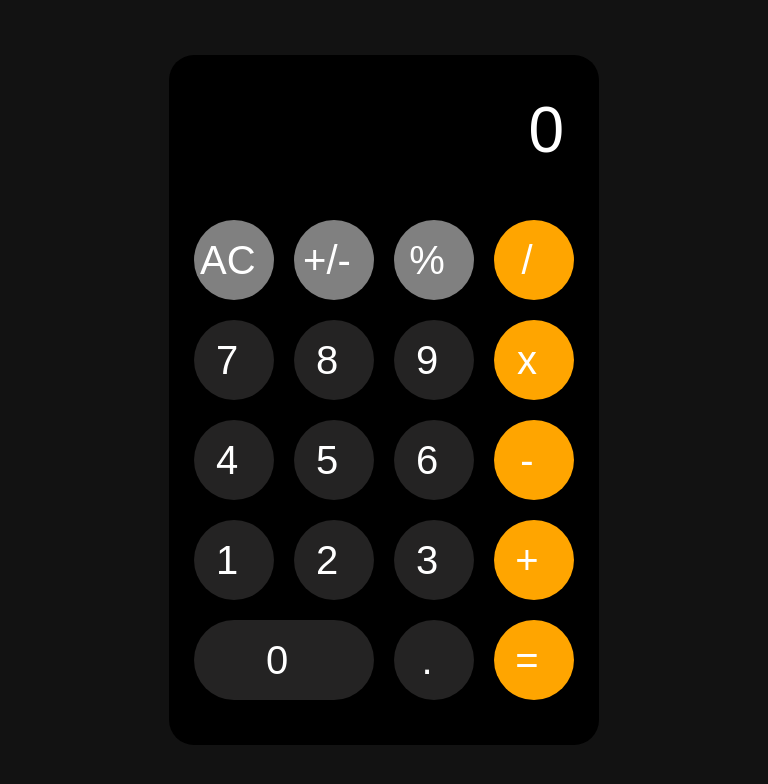
Repository: EguJaredoBoyd/IgHub
Page: mId-week-project/index.html
The author's editor kept a copy of each file at every save. The page is drawn from the files as they stood at one save, then again after the next save.
The browser window is 768 px wide. The pictures show the whole page.

Above is the page before, as saved 2025-03-01 21:55:32.

### mId-week-project/index.html
<!DOCTYPE html>
<html lang="en">
<head>
    <meta charset="UTF-8">
    <meta name="viewport" content="width=device-width, initial-scale=1.0">
    <title>Document</title>
    <link rel="stylesheet" href="./styles.css">
    <script src="./script-two.js" defer></script>
</head>
<body>

    <div id="calculator" >
        <input id="display" readonly>
        <div id="keys">
            <button onclick="clearDisplay()"class="signs">AC</button>
            <button onclick="appendToDisplay('+/-')" class="signs">+/-</button>
            <button onclick="appendToDisplay('%')" class="signs">%</button>
            <button onclick="appendToDisplay('/')" class="operator-btn">/</button>
            <button onclick="appendToDisplay('7')">7</button>
            <button onclick="appendToDisplay('8')">8</button>
            <button onclick="appendToDisplay('9')">9</button>
            <button onclick="appendToDisplay('*')"class="operator-btn">x</button>
            <button onclick="appendToDisplay('4')">4</button>
            <button onclick="appendToDisplay('5')">5</button>
            <button onclick="appendToDisplay('6')">6</button>
            <button onclick="appendToDisplay('-')"class="operator-btn">-</button>
            <button onclick="appendToDisplay('1')">1</button>
            <button onclick="appendToDisplay('2')">2</button>
            <button onclick="appendToDisplay('3')">3</button>
            <button onclick="appendToDisplay('+')"class="operator-btn">+</button>
            <button onclick="appendToDisplay('0')" class="zero">0</button>
            <button onclick="appendToDisplay('.')">.</button>
            <button onclick="calculate()"class="operator-btn">=</button>
        </div>
    </div>

</body>
</html>

### mId-week-project/styles.css
/* Base styles for all screen sizes */
body {
    margin: 0;
    padding: 0;
    display: flex;
    justify-content: center;
    align-items: center;
    min-height: 100vh;
    /* Ensures full viewport height */
    background-color: #121212;
    overflow: auto;
    /* Allows scrolling if needed */
}

/* Ensures content is properly centered and scrollable */
#calculator {
    display: flex;
    flex-direction: column;
    align-items: center;
    justify-content: space-between;
    max-width: 500px;
    width: 90%;
    padding: 20px;
    background-color: black;
    border-radius: 25px;
    overflow: hidden;
    margin: 20px 0;
    /* Prevents it from sticking to the top */
}

#display {
    width: 90%;
    height: 100px;
    /* Ensuring enough space */
    padding: 20px;
    font-size: 5rem;
    text-align: right;
    border: none;
    background-color: black;
    color: white;
}

/* Button Styling */
button {
    width: 100px;
    height: 100px;
    border: none;
    background-color: rgb(36, 35, 35);
    color: white;
    font-size: 3rem;
    font-weight: lighter;
    cursor: pointer;
    border-radius: 50%;
    /* Ensuring all buttons (except zero) stay circular */
}

#keys {
    display: grid;
    grid-template-columns: repeat(4, 1fr);
    gap: 20px;
    padding: 30px;
}

#keys button.zero {
    grid-column: 1 / span 2;
    width: 100%;
    border-radius: 50px;
}

/* Button Interaction */
button:hover {
    background-color: gray;
}

button:active {
    background-color: white;
}

/* Special button colors */
.operator-btn {
    background-color: orange;
}

.signs {
    background-color: gray;
}

/* Responsive Design: Scaling down properly for smaller screens */
@media (max-width: 768px) {
    button {
        width: 80px;
        height: 80px;
        font-size: 2.5rem;
        padding-right: 20px;

    }

    #calculator {
        max-width: 400px;
        padding: 15px;
    }

    #display {
        font-size: 4rem;
        padding: 20px;
        height: 80px;
        /* Adjust display size for smaller screens */
    }

}

@media (max-width: 480px) {
    button {
        width: 60px;
        height: 60px;
        font-size: 2rem;
    }

    #keys {
        gap: 10px;
    }

    #display {
        font-size: 3rem;
        padding: 15px;
        height: 70px;
        /* Adjust display size for mobile */
    }

    #calculator {
        width: 95%;
        padding: 10px;
    }
}

### mId-week-project/script-two.js
let display = document.getElementById("display");
let currentInput = "";
let operator = "";
let firstOperand = null;

function appendToDisplay(value) {
    if (value === "+/-") {
        currentInput = currentInput ? String(-parseFloat(currentInput)) : "";
    } else if (value === "%") {
        currentInput = currentInput ? String(parseFloat(currentInput) / 100) : "";
    } else if (["+", "-", "*", "/"].includes(value)) {
        if (firstOperand === null) {
            firstOperand = parseFloat(currentInput);
            operator = value;
            currentInput = "";
        } else if (currentInput !== "") {
            calculate();
            operator = value;
        }
    } else {
        currentInput += value;
    }
    updateDisplay();
}

function updateDisplay() {
    display.value = currentInput || firstOperand || "0";
}

function clearDisplay() {
    currentInput = "";
    operator = "";
    firstOperand = null;
    updateDisplay();
}

function calculate() {
    if (firstOperand !== null && operator && currentInput !== "") {
        let secondOperand = parseFloat(currentInput);
        switch (operator) {
            case "+":
                firstOperand += secondOperand;
                break;
            case "-":
                firstOperand -= secondOperand;
                break;
            case "*":
                firstOperand *= secondOperand;
                break;
            case "/":
                firstOperand = secondOperand !== 0 ? firstOperand / secondOperand : "Error";
                break;
        }
        currentInput = "";
        operator = "";
        updateDisplay();
    }
}

// Initialize display
updateDisplay();

After the next save:
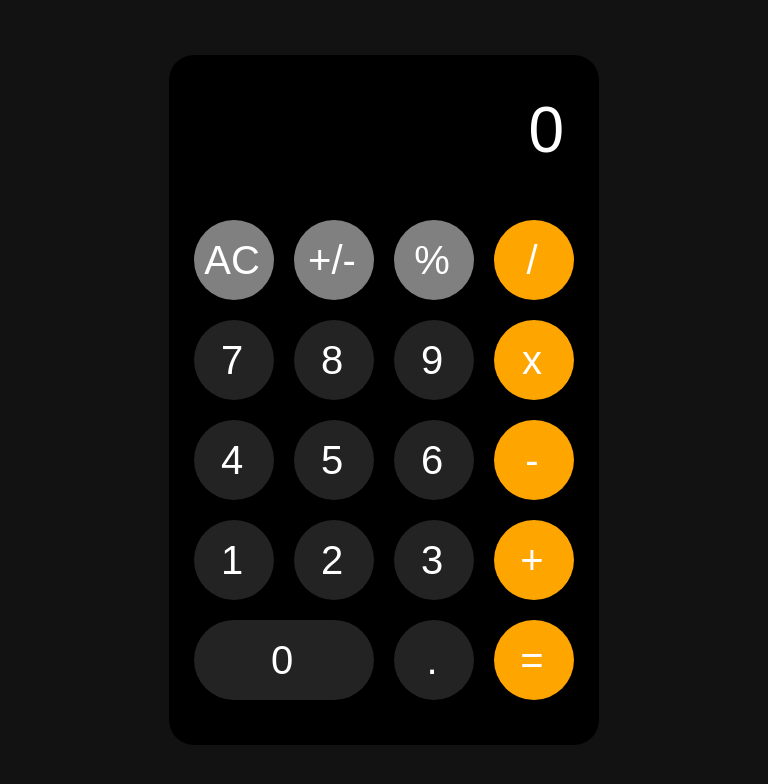
Saved 51 s later.
--- a/mId-week-project/styles.css
+++ b/mId-week-project/styles.css
@@ -91,7 +91,7 @@ button:active {
         width: 80px;
         height: 80px;
         font-size: 2.5rem;
-        padding-right: 20px;
+        padding-right: 10px;
 
     }
 
